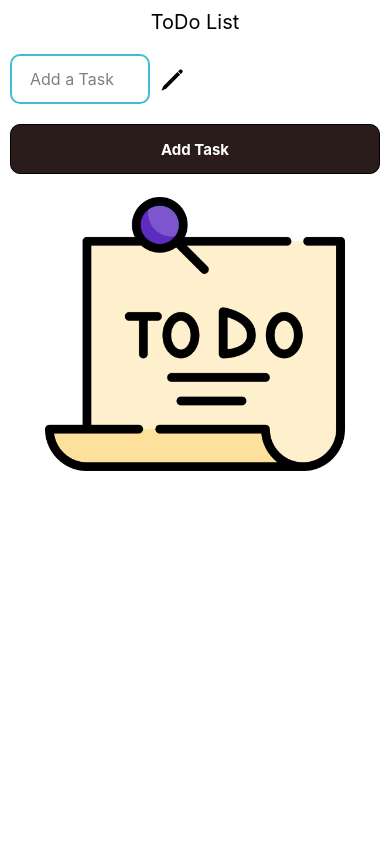
Repository: raisingh22/Projects
Screen: /
The author's editor kept a copy of each file at every save. The screen is drawn from the files as they stood at one save, then again after the next save.
The app was drawn by React Native's web renderer in a window 390 px wide. The project was rebuilt for these pictures with package versions that can differ from the ones it lists, and the page was loaded fresh each time.

Above is the screen before, as saved 2024-01-22 14:07:06.

### App.js
import { View, Text, SafeAreaView } from 'react-native'
import React from 'react'
import ToDo from './src/ToDoList/screens/ToDo'

const App = () => {
  return (
   <SafeAreaView style={{
    flex:1
   }}>
     <ToDo/>
   </SafeAreaView>
  )
}

export default App

### src/ToDoList/screens/ToDo.js
import {StyleSheet, Text, TextInput, View} from 'react-native';
import React, {useState} from 'react';
import MyBtn from '../../components/MyBtn';
import MyFlatList from '../../components/MyFlatList';
import Icon from 'react-native-vector-icons/Ionicons';
import Icons from 'react-native-vector-icons/MaterialIcons';
import Fallback from '../../components/Fallback';

// import {IconButton} from 'react-native-paper';
const DummyData = [
  {
    id: '1',
    name: 'Wash Car',
  },
  {
    id: '2',
    name: 'Dusting',
  },
];
const ToDo = () => {
  const [toDo, setToDo] = useState('');
  const [data, setData] = useState([]);
  const [editTodo , setEditTodo] = useState(null);

  const handleAdd = () => {
    if(toDo === ''){
        return
    }
    setData([
      ...data,
      {
        id: Date.now(),
        title: toDo,
      },
    ]);
  };
  const handleEdit = toDo =>{

    setEditTodo(toDo)
    setToDo(toDo.title)

  }
  const handleUpdate = ()=>{
    const updateTodo = data.map((item)=>{
        if(item.id === editTodo.id) {
            return {...item, title: toDo}
        }
        return item

    })
    setData(updateTodo)
    setEditTodo(null)
    setToDo('')

  }
  const handleDeleteTodo = id => {
    const updateTodo = data.filter(toDo => toDo.id !== id);
    setData(updateTodo);
    console.log(data.length);
  };
  return (
    <View
      style={{
        margin: 10,
      }}>
      <Text style={{
        textAlign:'center',
        fontSize:20
      }}>ToDo List</Text>
      <View style={{
        flexDirection:'row',
        width:"50%",
        alignItems:'center'
      }}>
      <TextInput
        placeholder="Add a Task"
        placeholderTextColor={'grey'}
        style={styles.textInput}
        value={toDo}
        onChangeText={text => setToDo(text)}
      />
       <Icon
              name="pencil"
              size={25}
              color='black'
              style={{
                marginHorizontal: 10,
              }}
              onPress={() => handleEdit(item)}
            />
      </View>
       {
        editTodo ?
        <MyBtn
        text={'Edit Task'}
        onPress={() => handleUpdate()}
        btnStyle={{backgroundColor: '#291c1a'}}
        textStyle={{
          fontSize: 15,
          fontWeight: 'bold',
        }}
      /> :
      <MyBtn
        text={'Add Task'}
        onPress={() => handleAdd()}
        btnStyle={{backgroundColor: '#291c1a'}}
        textStyle={{
          fontSize: 15,
          fontWeight: 'bold',
        }}
      />
      }
      <MyFlatList
        data={data}
        renderItem={(item, index) => (
          <View
            style={{
              flexDirection: 'row',
              alignItems: 'center',
              padding: 15,
              borderWidth: 1,
              marginVertical: 5,
              borderRadius: 10,
              marginHorizontal: 10,
              backgroundColor: index % 2 === 0 ? '#d4a7a1' : '#1cd9cf',
              shadowColor:'#000',
              shadowOffset:{
                  width:0,
                  height:1
              },
              shadowOpacity:1,
              shadowRadius:4
            }}>
            <Text
              style={{
                fontWeight: '800',
                fontSize: 19,
                color: 'black',
                flex: 1,
              }}>
              {item.title}
            </Text>
            <Icon
              name="pencil"
              size={25}
              style={{
                marginHorizontal: 10,
              }}
              onPress={() => handleEdit(item)}
            />
            <Icons
              name="delete"
              size={25}
              onPress={() => handleDeleteTodo(item.id)}
            />
          </View>
        )}
      />
      {
        data.length <=0 && <Fallback/>
      }
    </View>
  );
};

export default ToDo;

const styles = StyleSheet.create({
  textInput: {
    width: '100%',
    height: 50,
    marginVertical: 20,
    borderWidth: 2,
    paddingVertical: 14,
    paddingHorizontal: 18,
    fontSize: 16,
    borderColor: '#40bdd4',
    borderRadius: 10,
    color: 'red',

  },
});

### src/components/MyBtn.js
import {StyleSheet, Text, TouchableOpacity, View} from 'react-native';
import React from 'react';

const MyBtn = ({text, onPress, btnStyle , textStyle}) => {
  return (
    <TouchableOpacity style={[styles.btn, btnStyle]} onPress={onPress}>
      <Text style={[styles.btnText, textStyle]} >{text}</Text>
    </TouchableOpacity>
  );
};

export default MyBtn;

const styles = StyleSheet.create({
  btn: {
    width: '100%',
    height: 50,
    backgroundColor: 'black',
    borderWidth: 1,
    borderRadius: 10,
    alignItems: 'center',
    justifyContent: 'center',
  },
  btnText: {
    color: 'white',
    // You can add more text styles here if needed
  },
});

### src/components/MyFlatList.js
import {FlatList, StyleSheet, Text, View} from 'react-native';
import React from 'react';

const MyFlatList = ({data, renderItem = (item, index) => {}, bounces}) => {
  return (
    <FlatList
      bounces={bounces}
      data={data}
      renderItem={({item, index}) => renderItem(item, index)}
      keyExtractor={item => item.id.toString()}
      style={styles.list}
    />
  );
};

export default MyFlatList;

const styles = StyleSheet.create({
  list: {
    marginVertical: 5,
    // flex: 1, // Example: Expand the FlatList to fill available space
    // backgroundColor: 'lightgray', // Example: Set background color
    // height:"50%"
  },
});

### src/components/Fallback.js
import {Image, StyleSheet, Text, View} from 'react-native';
import React from 'react';

const Fallback = () => {
  return (
    <View
      style={{
        alignItems: 'center',
      }}>
      <Image
        //  resizeMode="center"
        style={{
          height: 300,
          width: 300,
        }}
        source={require('../asstes/to-do-list.png')}
      />
    </View>
  );
};

export default Fallback;

const styles = StyleSheet.create({});

After the next save:
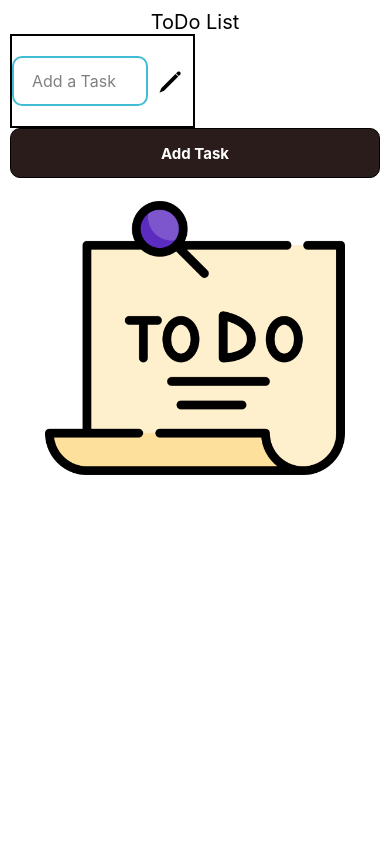
Saved 25 s later.
--- a/src/ToDoList/screens/ToDo.js
+++ b/src/ToDoList/screens/ToDo.js
@@ -70,7 +70,8 @@
       <View style={{
         flexDirection:'row',
         width:"50%",
-        alignItems:'center'
+        alignItems:'center',
+        borderWidth: 2,
       }}>
       <TextInput
         placeholder="Add a Task"

After the 2 saves that followed:
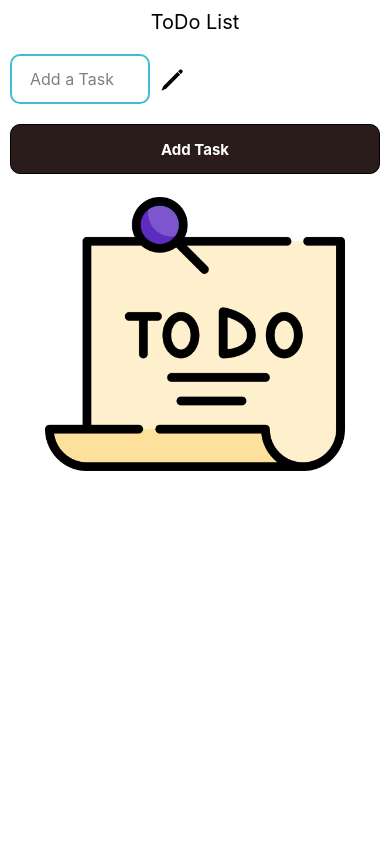
The 2 saves are shown as one change because they came seconds apart.
The last was saved 8 s later.
--- a/src/ToDoList/screens/ToDo.js
+++ b/src/ToDoList/screens/ToDo.js
@@ -71,7 +71,7 @@
         flexDirection:'row',
         width:"50%",
         alignItems:'center',
-        borderWidth: 2,
+
       }}>
       <TextInput
         placeholder="Add a Task"
